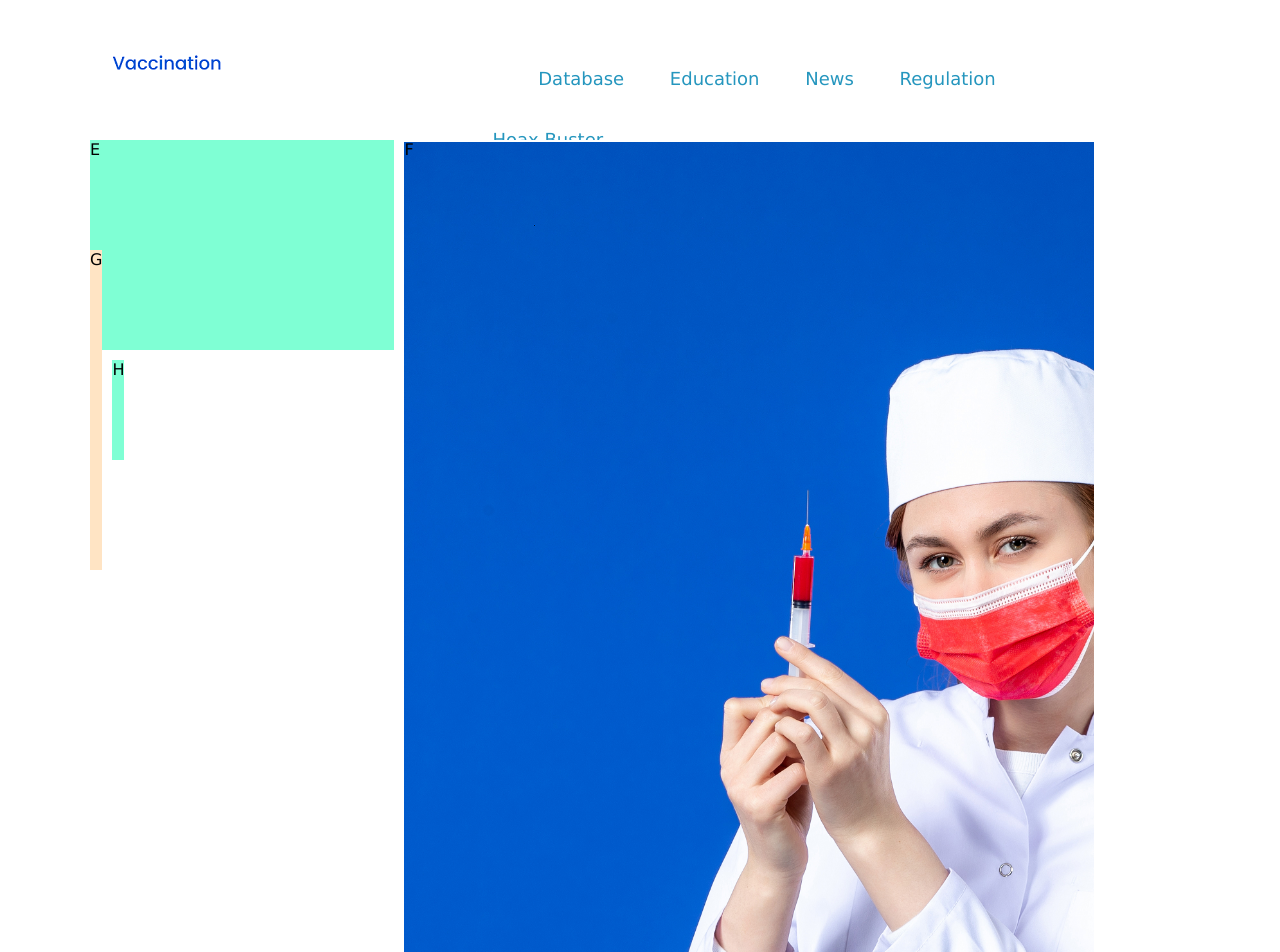
Repository: roge64/cssfrontend
Page: index.html
These files come from the project's save history. The page is drawn as it stood at one moment and after the next save; the edit follows.
The browser window is 1280 px wide. The pictures show the part of the page from y = 0 to 952 px (the page is 2793 px tall before and 3453 px after).
A picture or video elsewhere on the page could not be fetched, so the positions and the page height are approximate.

Above is the page before, as saved 2022-03-10 11:04:11.

### index.html
<!DOCTYPE html>
<html lang="en">

<head>
    <meta charset="UTF-8">
    <meta http-equiv="X-UA-Compatible" content="IE=edge">
    <meta name="viewport" content="width=device-width, initial-scale=1.0">
    <title>3 Cakes</title>
    <link rel="stylesheet" href="estilos/estilos.css">


</head>

<body>

    <section id="container">

        <header>
            <!--             <p style="color:#b49760"> Only 3 cakes for 3 months, and then we change all! </p> -->

        </header>

    <section id="banner">

        <article id="banner1" <a href="index.html"> <img src="/img/logo1.png" alt="logo.png"></a></article>
        <article id="banner2">
            <ul class="menu">
                <li><a href="#void"></a></li>
                <li><a href="#home"></a>Database</li>
                <li><a href="#cakes"></a>Education</li>
                <li><a href="#decor"></a>News</li>
                <li><a href="#order"></a>Regulation</li>
                <li><a href="#admin"></a>Hoax Buster</li>
            </ul>
        </article>

    </section>


<!--     <section id="tienda">
        <article id="cake1"> </article>
        <article id="cake2"> </article>
        <div class="wrapper">
            <div class="box e">E</div>
            <div class="box f">F</div>
            <div class="box g">G</div>
            <div class="box h">H</div>
        </div>
    </section> -->

    <div class="wrapper">
        <div class="box e">E</div>
        <div class="box f">F</div>
        <div class="box g">G</div>
        <div class="box h">H</div>
    </div>

    <section id="names">
        <article id="name1">
            <p style="color:#b49760"> Blueberry Moka</p>
            <p style="color: bisque"> $35.00</p>
        </article>
        <article id="name2">
            <p style="color:#b49760"> Coconut Paradise</p>
            <p style="color: bisque"> $32.75</p>
        </article>
        <article id="name3">
            <p style="color:#b49760"> Maple Pecan</p>
            <p style="color: bisque"> $35.00</p>
        </article>
    </section>

    <section id="separador">


    </section>

    <section id="social">
        <article id="social1">
            <a href="#"><img src="img/instagram.png" alt="instagram"></a>
            <a href="#"><img src="img/facebook.png" alt="facebook"></a>
            <a href="#"><img src="img/youtube.png" alt="youtube"></a>
            <a href="#"><img src="img/twitter.png" alt="twitter"></a>
        </article>

        <article id="social2">
            <div id="lte_icons-2" class="widget widget_lte_icons">
                <h3 class="lte-header-widget " style="color:bisque"><span class="widget-icon"></span>Contact us
                </h3>
                <ul class="lte-social-icons-list">
                    <li>
                        <a href="#"><span class="lte-ic icon icon-phone-call"></span><span class="lte-header"
                                style="color:bisque">Phone:</span><span class="lte-txt" style="color:#b49760">+52
                                01-2345-6789<br> </span>
                        </a>
                    </li>
                    <li>
                        <a href="#"><span class="lte-ic icon icon-location"></span><span class="lte-header"
                                style="color:bisque">Our location:</span><span class="lte-txt" style="color:#b49760">975
                                FrontEnd Ave, NA 105048, Unknown</span>
                        </a>
                    </li>
                    <li>
                        <a href="#"><span class="lte-ic icon icon-mail"></span><span class="lte-header"
                                style="color:bisque">Email:</span><span class="lte-txt"
                                style="color:#b49760">3cakes@3cakes.com</span>
                        </a>
                    </li>
                    <li>
                        <a href="#">
                            <span class="lte-ic icon icon-mail"></span>
                            <span class="lte-header" style="color:bisque">Hours:</span>
                            <span class="lte-txt" style="color:#b49760">Monday - Friday: 10:00 - 20:00</span>
                            <br>
                            <span class="lte-txt" style="color:#b49760">Saturday -Sunday: 10:00 - 14:00</span>
                        </a>
                    </li>
                </ul>
            </div>

        </article>
    </section>


    <footer>
        <p style="color:#b49760"> Copyright &copy; 2021-<script>
                document.write(new Date().getFullYear())
            </script> Rogelio Valdés All Rights Reserved</p>
        <article id="footer1"></article>
    </footer>

    </section>

</body>

</html>

### estilos/estilos.css
*{
    border: 0 ;
    margin: 0 ;
    padding: 0;
    text-decoration: none;
}

body{
    font-family: Geneva;
    background-color: rgb(0, 0, 0);
    width:1100px;
    margin-left:auto;
    margin-right:auto;

    background-color:white;
/* background-image:
radial-gradient(circle at 100% 150%, black 24%, #101010 24%, #101010 28%, black 28%, black 36%, #101010 36%, #101010 40%, transparent 40%, transparent),
radial-gradient(circle at 0    150%, black 24%, #101010 24%, #101010 28%, black 28%, black 35%, #101010 36%, #101010 40%, transparent 40%, transparent),
radial-gradient(circle at 50%  100%, #101010 10%, black 10%, black 23%, #101010 23%, #101010 30%, black 30%, black 43%, #101010 43%, #101010 50%, black 50%, black 63%, #101010 63%, #101010 71%, transparent 71%, transparent),
radial-gradient(circle at 100% 50%, #101010 5%, black 5%, black 15%, #101010 15%, #101010 20%, black 20%, black 29%, #101010 29%, #101010 34%, black 34%, black 44%, #101010 44%, #101010 49%, transparent 49%, transparent),
radial-gradient(circle at 0    50%, #101010 5%, black 5%, black 15%, #101010 15%, #101010 20%, black 20%, black 29%, #101010 29%, #101010 34%, black 34%, black 44%, #101010 44%, #101010 48%, transparent 49%, transparent);
background-size: 50px 31px;
 */
}

.menu{
    list-style: none;
    padding: 0;
    background: white;
    width: 90%;
    height: 75px;
    max-width: 900px;
    margin: auto;
}

.menu li{
    text-decoration: none;
    color: #2596be;
    padding: 20px;
    display: block;
}

.menu li{
    display: inline-block;
    text-align: right;
}

.menu li:hover{
    background: #2747c5;
}


#container, header, #banner, #noticias, #marcas, footer, #social1{
    /* background-color:rgb(255, 255, 255); */
    background-color:white;
/* background-image:
radial-gradient(circle at 100% 150%, black 24%, #101010 24%, #101010 28%, black 28%, black 36%, #101010 36%, #101010 40%, transparent 40%, transparent),
radial-gradient(circle at 0    150%, black 24%, #101010 24%, #101010 28%, black 28%, black 35%, #101010 36%, #101010 40%, transparent 40%, transparent),
radial-gradient(circle at 50%  100%, #101010 10%, black 10%, black 23%, #101010 23%, #101010 30%, black 30%, black 43%, #101010 43%, #101010 50%, black 50%, black 63%, #101010 63%, #101010 71%, transparent 71%, transparent),
radial-gradient(circle at 100% 50%, #101010 5%, black 5%, black 15%, #101010 15%, #101010 20%, black 20%, black 29%, #101010 29%, #101010 34%, black 34%, black 44%, #101010 44%, #101010 49%, transparent 49%, transparent),
radial-gradient(circle at 0    50%, #101010 5%, black 5%, black 15%, #101010 15%, #101010 20%, black 20%, black 29%, #101010 29%, #101010 34%, black 34%, black 44%, #101010 44%, #101010 48%, transparent 49%, transparent);
background-size: 50px 31px;
 */
    height: 1500px;
    width: 1100px;

}

header{
/*     background-color:antiquewhite;
 */
    height: 40px;
    text-align: center;
    font-size: x-large;

}

#banner{
    background-color:white;
/*     background-color:rgb(25, 25, 25); */
    width: 1100px;
    height: 100px;


}


#noticias{
/*     background-color: antiquewhite;
 */
    height: 200px;
}

#tienda #names{
/*     background-color: grey; */
/* background-color:black;
background-image:
radial-gradient(circle at 100% 150%, black 24%, #101010 24%, #101010 28%, black 28%, black 36%, #101010 36%, #101010 40%, transparent 40%, transparent),
radial-gradient(circle at 0    150%, black 24%, #101010 24%, #101010 28%, black 28%, black 35%, #101010 36%, #101010 40%, transparent 40%, transparent),
radial-gradient(circle at 50%  100%, #101010 10%, black 10%, black 23%, #101010 23%, #101010 30%, black 30%, black 43%, #101010 43%, #101010 50%, black 50%, black 63%, #101010 63%, #101010 71%, transparent 71%, transparent),
radial-gradient(circle at 100% 50%, #101010 5%, black 5%, black 15%, #101010 15%, #101010 20%, black 20%, black 29%, #101010 29%, #101010 34%, black 34%, black 44%, #101010 44%, #101010 49%, transparent 49%, transparent),
radial-gradient(circle at 0    50%, #101010 5%, black 5%, black 15%, #101010 15%, #101010 20%, black 20%, black 29%, #101010 29%, #101010 34%, black 34%, black 44%, #101010 44%, #101010 48%, transparent 49%, transparent);
background-size: 50px 31px; */

    height: 300px;
    width: 1000px;
    padding-left: 10px;
    padding-right: 10px;
    padding-top: 5px;
    text-align: center;
}

#marcas{
/*     background-color:rgb(58, 41, 18); */
    height: 205px;
}


footer{
    width: 800px;
/*     background-color:rgb(0, 0, 0); */
    text-align: center;
    height: 25px;
    padding-top: 7px;

}


#banner #banner1{
/*     background-color: rgb(180, 134, 73); */
    width: 100px;
    height: 100x;
    float: left;
    text-align: center;
/*     display: inline-block; */
    margin: 5px 5px;
}

#banner #banner2{
/*     background-color: rgb(180, 134, 73); */
    width: 750px;
    height: 100px;
    float: right;
/*     display: inline-block; */
    /* vertical-align: center;  */
    margin: 5px 5px;
    font-size: 18px;
}

#noticias #news1{
/*     background-color: rgb(41, 38, 34); */
    font-size: 50px;

    text-align: center;
    width: 790px;
    height: 200px;
    display: inline-block;
    vertical-align: center;
    margin: 5px 5px;

}


#tienda #cake1{
    background: rgb(109, 175, 33);
    width: 480px;
    height: 485px;
    display: inline-block;
    vertical-align: top;
    margin: 5px 8px;

}

#tienda #cake2{
    background: cornflowerblue;
    width: 450px;
    height: 585px;
    display: inline-block;
    vertical-align: top;
    margin: 5px 70px;
    background-image: url("../img/picx1.png");
    background-repeat: no-repeat;
    background-size: cover;
}

/* #tienda #cake3{
    background: rgb(175, 169, 112);
    width: 240px;
    height: 285px;
    display: inline-block;
    vertical-align: top;
    margin: 5px 5px;
} */

#names #name1{
    font-size: 25px;
    text-align: center;
    width: 240px;
    height: 60px;
    display: inline-block;
    vertical-align: top;
    margin: 5px 8px;
}

#names #name2{
    font-size: 25px;
    text-align: center;
    width: 240px;
    height: 60px;
    display: inline-block;
    vertical-align: top;
    margin: 5px 8px;
}

#names #name3{
    font-size: 25px;
    text-align: center;
    width: 240px;
    height: 60px;
    display: inline-block;
    vertical-align: top;
    margin: 5px 8px;
}

#social #social1{
    text-decoration: none;
/*     background: rgb(109, 175, 33); */
    width: 375px;
    height: 150px;
    display: inline-block;
    vertical-align: center;
    margin: 10px 12px;
}

#social #social2{
    text-decoration: none;
/*     background: rgb(109, 175, 33); */
    width: 375px;
    height: 150px;
    display: inline-block;
    vertical-align: center;
    margin: 10px 10px;
}

#social #social1 {
    color: rgb(175, 169, 112);


}

#separador {
        width: 800px;
        text-align: center;
        height: 100px;

}

.wrapper {
    display: grid;
    grid-template-columns: repeat(1, 1fr);
    gap: 10px;
    grid-auto-rows: minmax(100px, auto);
  }

  .e {
    grid-column: 1 / 30;
    grid-row: 1 / 3;
    background-color:aquamarine;
  }
  .f {
    grid-column: 30 / 100;
    grid-row: 1 / 12;
    background-color:aqua;
    background-image: url("../img/picx1.png");
    background-repeat: no-repeat;
    background-size: cover;

  }
  .g {
    grid-column: 1;
    grid-row: 2 / 5;
    background-color:bisque;
  }
  .h {
    grid-column: 2;
    grid-row: 3;
    background-color:aquamarine;
  }

After the next save:
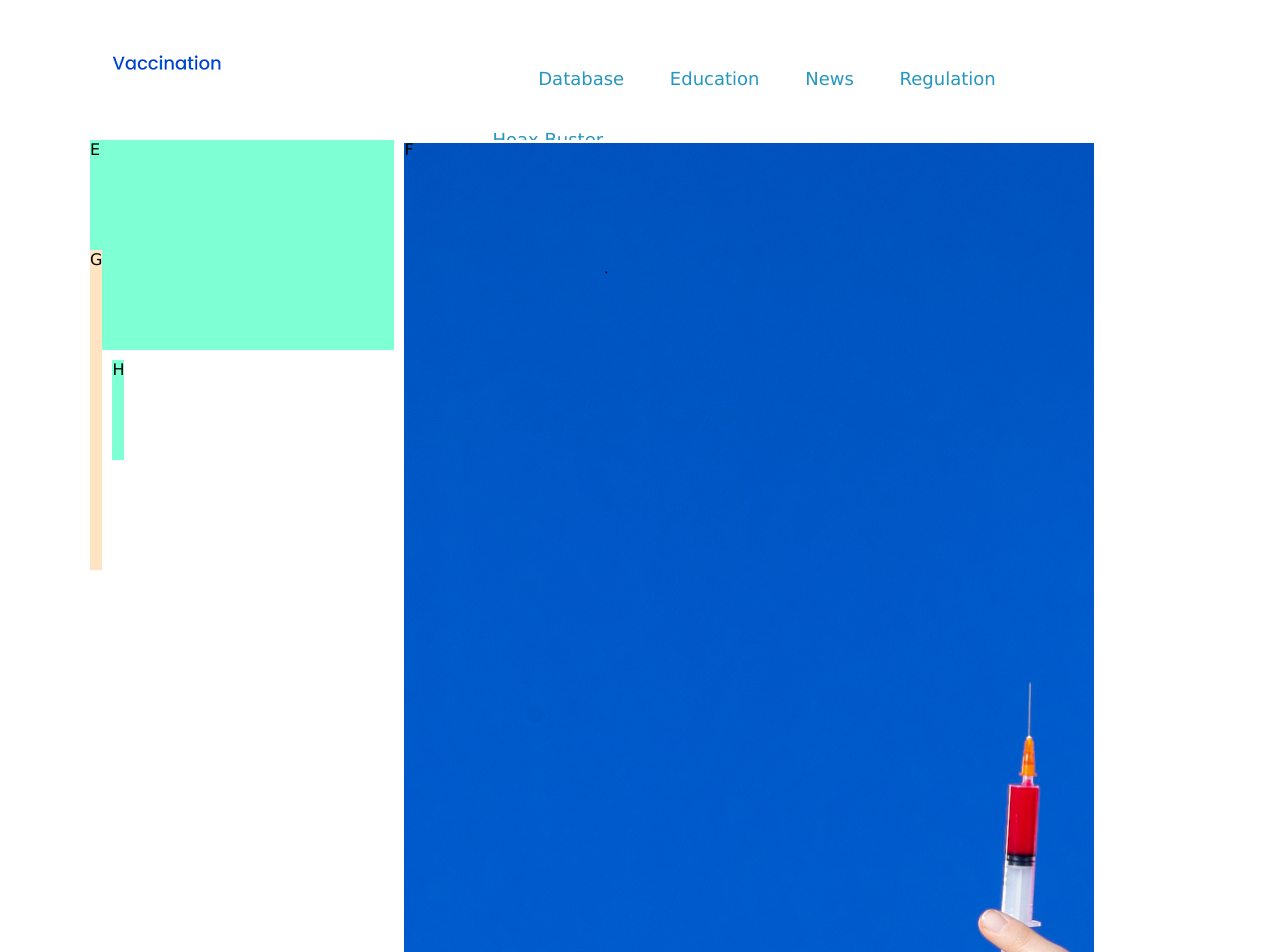
Saved 7 s later.
--- a/estilos/estilos.css
+++ b/estilos/estilos.css
@@ -269,7 +269,7 @@
   }
   .f {
     grid-column: 30 / 100;
-    grid-row: 1 / 12;
+    grid-row: 1 / 18;
     background-color:aqua;
     background-image: url("../img/picx1.png");
     background-repeat: no-repeat;

After the save that followed:
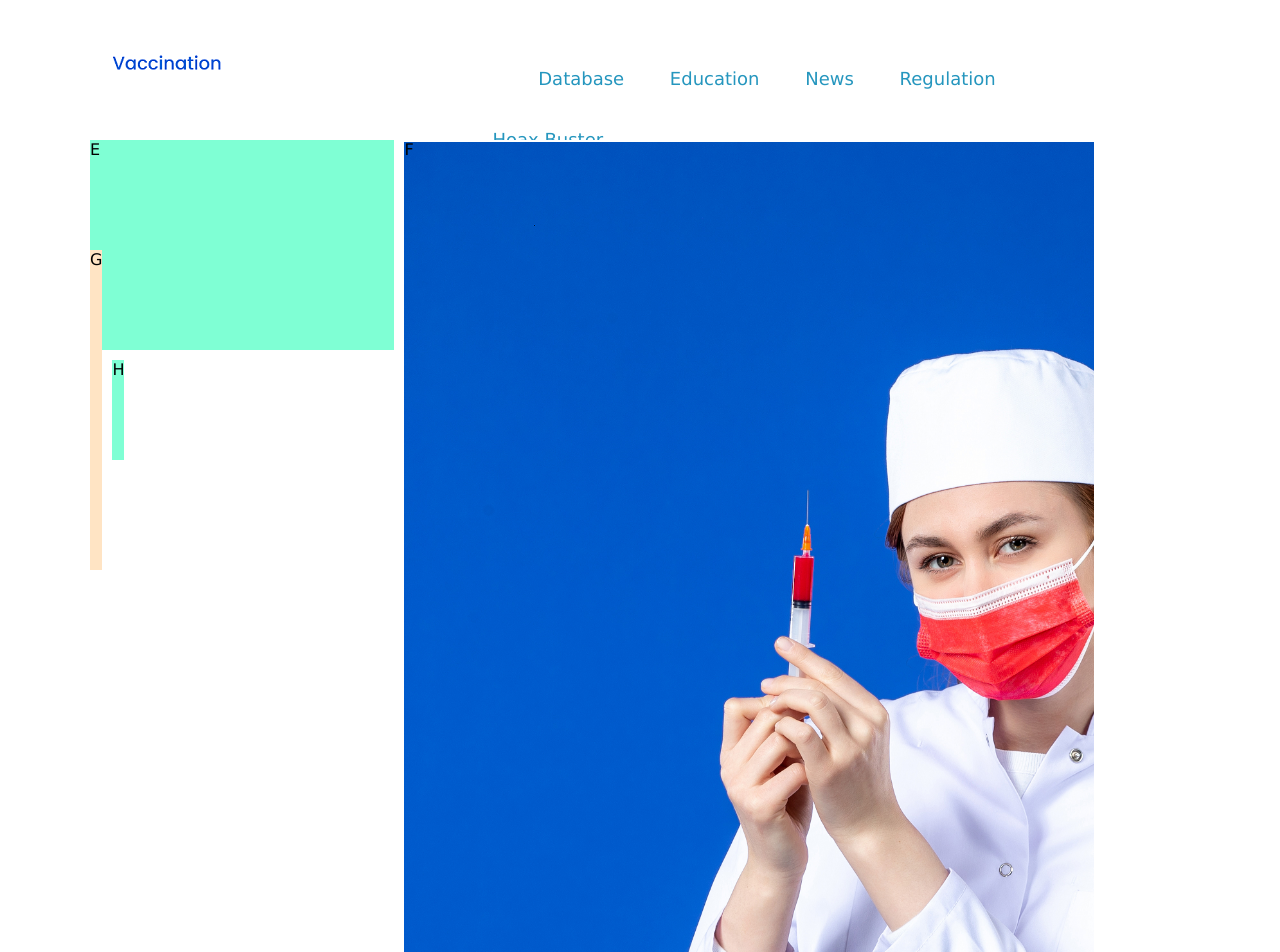
Saved 115 s later.
--- a/estilos/estilos.css
+++ b/estilos/estilos.css
@@ -269,7 +269,7 @@
   }
   .f {
     grid-column: 30 / 100;
-    grid-row: 1 / 18;
+    grid-row: 1 / 12;
     background-color:aqua;
     background-image: url("../img/picx1.png");
     background-repeat: no-repeat;
